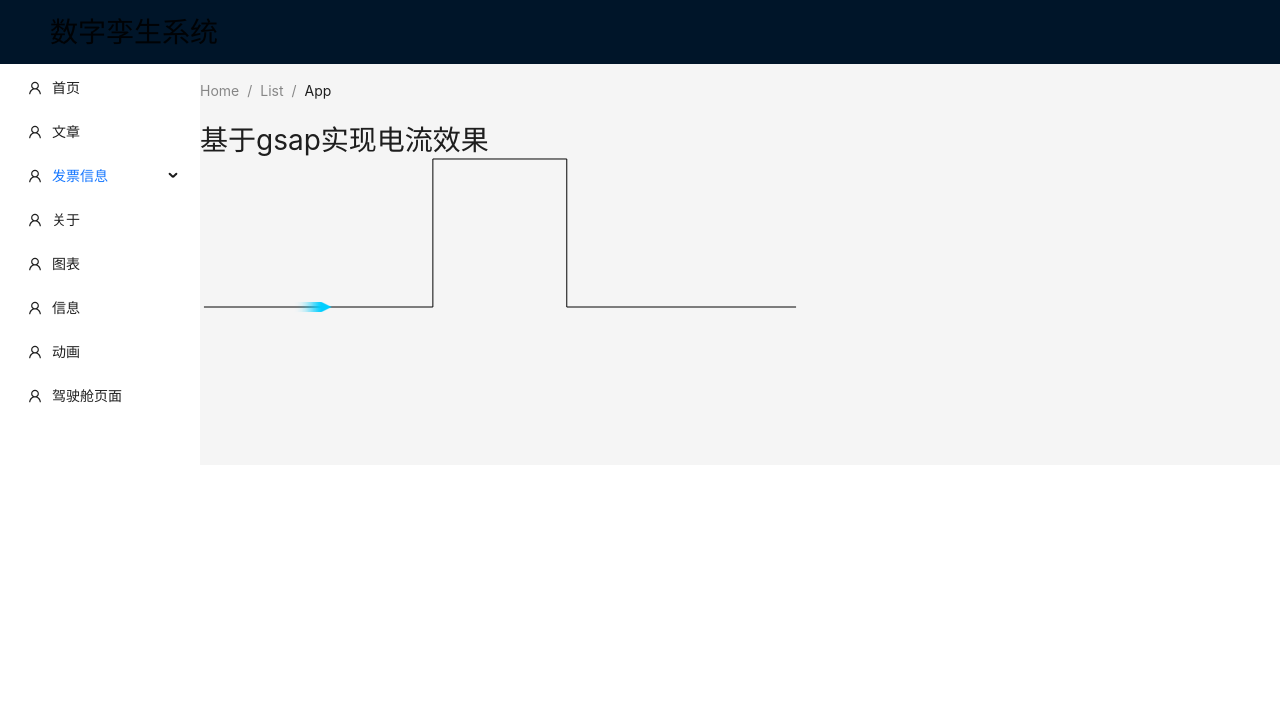
Repository: HailiePan/webpack-react-practice
Page: /animation
The author's editor kept a copy of each file at every save. The page is drawn from the files as they stood at one save, then again after a run of saves.
The browser window is 1280 px wide. The pictures show the whole page.
The project was rebuilt for these pictures with package versions that can differ from the ones it lists, and the page was loaded fresh each time. Also part of the build but not shown: src/pages/Animation/component/ScrollAnimation/index.jsx, src/pages/Home.jsx, src/pages/Invoices/index.jsx, src/pages/Invoices/Invoice.jsx, src/pages/Invoices/Pending.jsx, src/pages/Invoices/Complete.jsx, src/components/CommonBox/index.less, src/components/CommonBox/index.jsx and 27 more.

Above is the page before, as saved 2024-01-24 17:07:57.

After the next 3 saves:
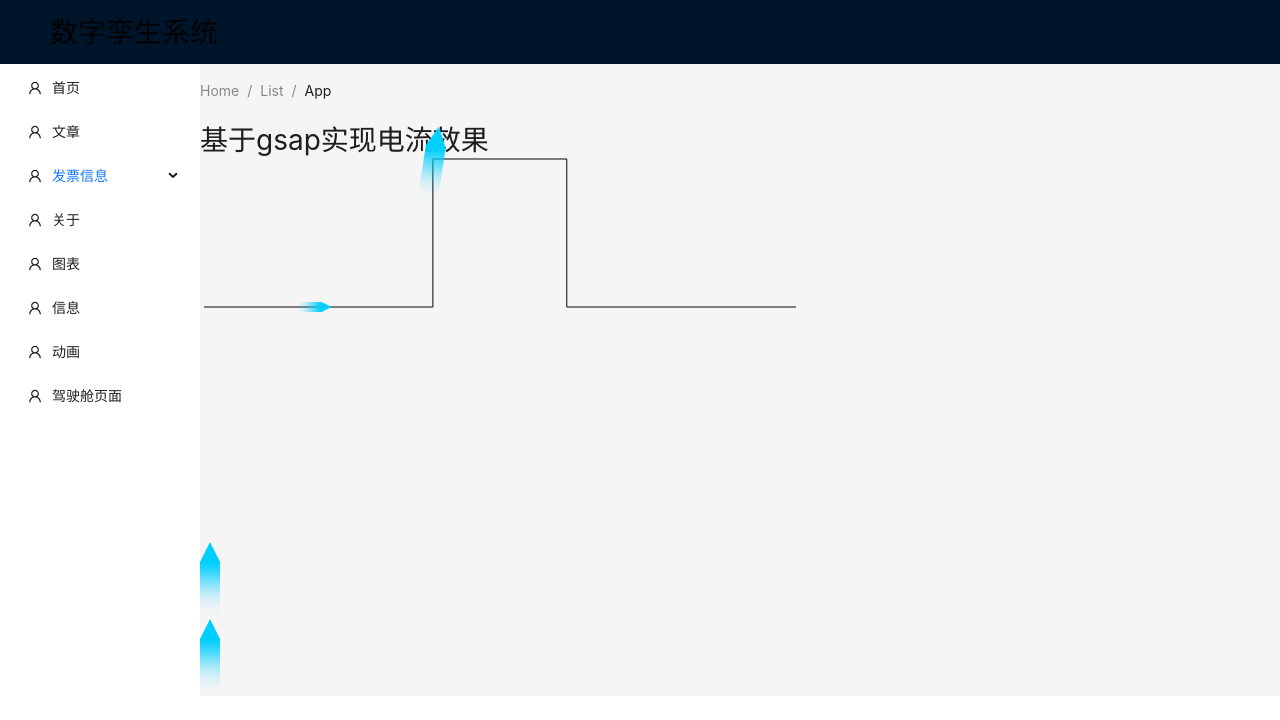
The 3 saves are shown as one change because 2 did not build or start.
The last was saved 43 s later.
--- a/src/pages/Animation/component/ImitateElectricity/index.jsx
+++ b/src/pages/Animation/component/ImitateElectricity/index.jsx
@@ -2,7 +2,7 @@
  * @Author: Hailie.Pan
  * @Date: 2024-01-16 22:18:53
  * @LastEditors: Hailie.Pan
- * @LastEditTime: 2024-01-24 17:07:32
+ * @LastEditTime: 2024-01-24 17:08:40
  * @Description:
  */
 import React, { useEffect, useRef } from 'react';
@@ -14,6 +14,9 @@ import styles from './index.module.less';
 export default function ImitateElectricity() {
   const jiantou = useRef();
   const jiantou2 = useRef();
+  const jiantou3 = useRef();
+  const jiantou4 = useRef();
+  const jiantou5 = useRef();
 
   // 注册插件
   gsap.registerPlugin(MotionPathPlugin);
@@ -68,7 +71,7 @@ export default function ImitateElectricity() {
       opacity: 0
     });
 
-    tl.to([jiantou.current], {
+    tl.to([jiantou3.current], {
       duration: 1,
       ease: 'none',
       immediateRender: true,
@@ -102,6 +105,9 @@ export default function ImitateElectricity() {
 
       <div className={styles.jiantou} ref={jiantou}></div>
       <div className={styles.jiantou} ref={jiantou2}></div>
+      <div className={styles.jiantou} ref={jiantou3}></div>
+      <div className={styles.jiantou} ref={jiantou4}></div>
+      <div className={styles.jiantou} ref={jiantou5}></div>
     </div>
   );
 }
